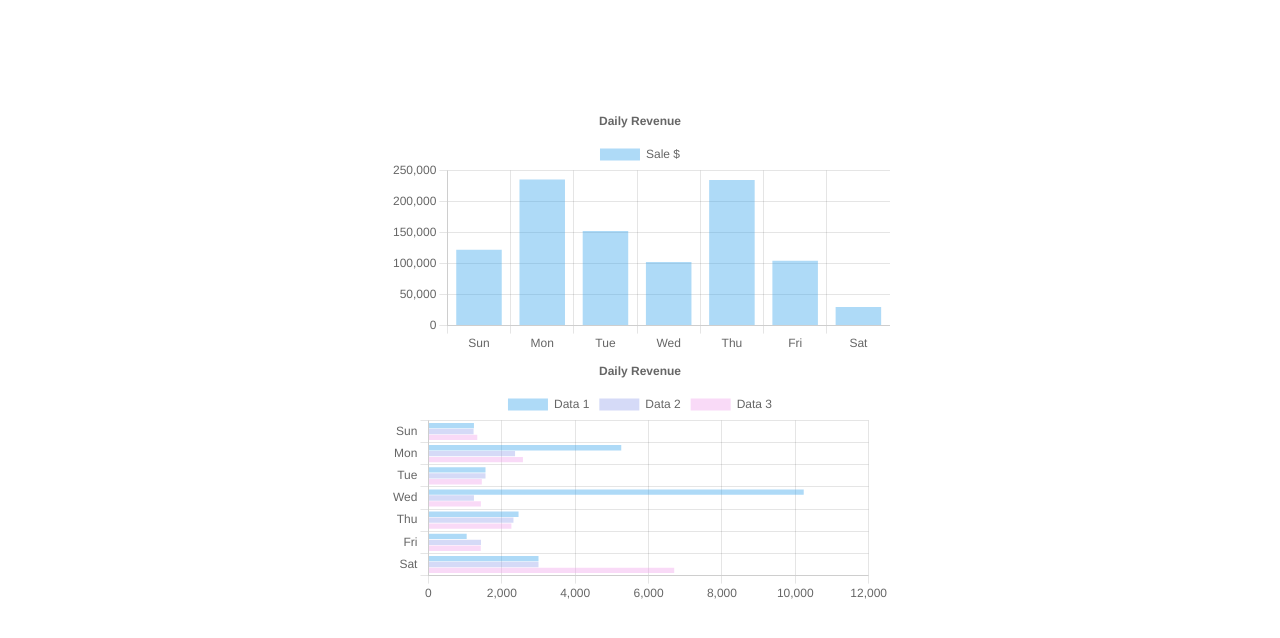
Repository: k8ANStar/exercise-5
Page: /
The author's editor kept a copy of each file at every save. The page is drawn from the files as they stood at one save, then again after the next save.
The browser window is 1280 px wide. The pictures show the whole page.
The project was rebuilt for these pictures with package versions that can differ from the ones it lists, and the page was loaded fresh each time. The framework's server and built-in components were replaced by stand-ins that run in the browser. Also part of the build but not shown: next.config.mjs.

Above is the page before, as saved 2024-04-15 10:29:50.

After the next save:
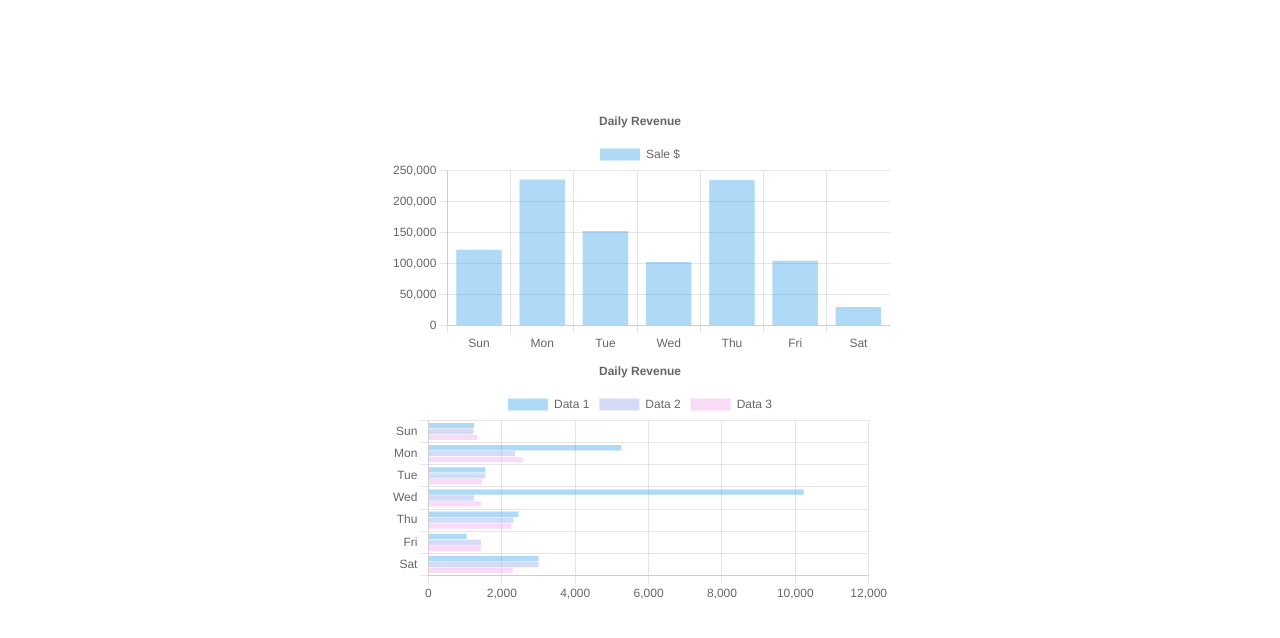
Saved 6 s later.
--- a/components/HorizontalChart/index.js
+++ b/components/HorizontalChart/index.js
@@ -45,7 +45,7 @@ export default function HorizontalChart() {
 				},
 				{
 					label: "Data 3",
-					data: [1330, 2576, 1455, 1430, 2261, 1426, 6700],
+					data: [1330, 2576, 1455, 1430, 2261, 1426, 2300],
 					borderColor: "rgb(240, 162, 235)",
 					backgroundColor: "rgb(240, 162, 235, 0.4)",
 				},
